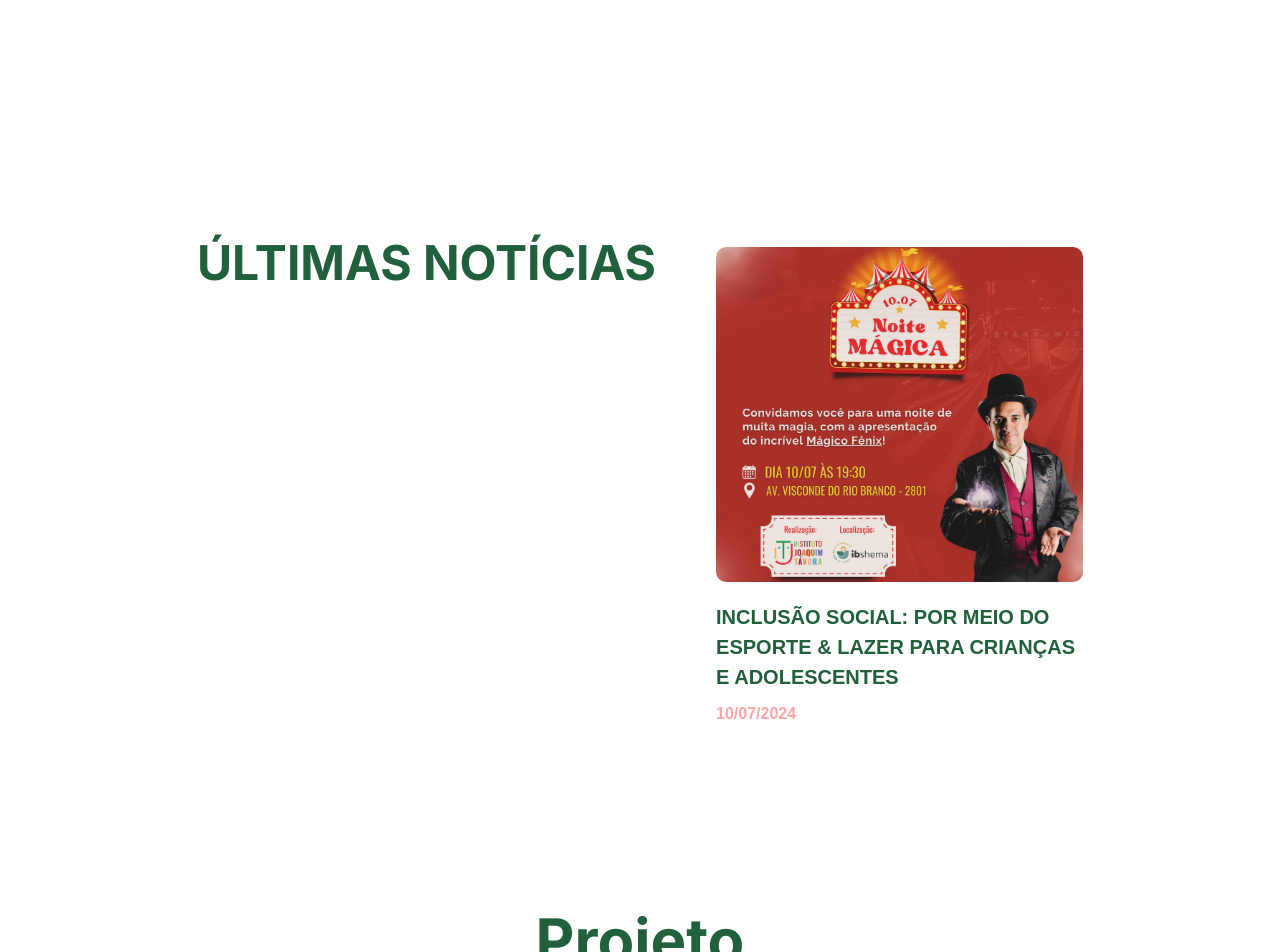
Repository: MarcelloMello90/itj2
Page: index.html
The author's editor kept a copy of each file at every save. The page is drawn from the files as they stood at one save, then again after the next save.
The browser window is 1280 px wide. The pictures show the part of the page from y = 713 to 1665 px (the page is 5397 px tall).

Above is the page before, as saved 2024-07-21 20:08:48.

### index.html
<!DOCTYPE html>
<html lang="pt-br">
<head>
  <link rel="preconnect" href="https://fonts.googleapis.com">
  <link rel="preconnect" href="https://fonts.gstatic.com" crossorigin>

  <meta charset="UTF-8">
  <meta name="viewport" content="width=device-width, initial-scale=1.0">

  <!-- <link rel="icon" type="image/svg+xml" href="/vite.svg" /> -->

  <!-- Favicon -->
  <link rel="apple-touch-icon" sizes="180x180" href="assets/favicon_packageapple-touch-icon.png">
  <link rel="icon" type="image/png" sizes="32x32" href="assets/favicon_package/favicon-32x32.png">
  <link rel="icon" type="image/png" sizes="16x16" href="assets/favicon_packagefavicon-16x16.png">
  <link rel="manifest" href="assets/favicon_package/site.webmanifest">
  <link rel="mask-icon" href="assets/favicon_package/safari-pinned-tab.svg" color="#5bbad5">
  <meta name="msapplication-TileColor" content="#da532c">
  <meta name="theme-color" content="#ffffff">
  <title>Instituto Joaquim Távora</title>

  <link href="https://fonts.googleapis.com/css2?family=Barlow:ital,wght@0,100;0,200;0,300;0,400;0,500;0,600;0,700;0,800;0,900;1,100;1,200;1,300;1,400;1,500;1,600;1,700;1,800;1,900&family=Inter:wght@100..900&family=Poppins:ital,wght@0,100;0,200;0,300;0,400;0,500;0,600;0,700;0,800;0,900;1,100;1,200;1,300;1,400;1,500;1,600;1,700;1,800;1,900&family=Roboto:ital,wght@0,100;0,300;0,400;0,500;0,700;0,900;1,100;1,300;1,400;1,500;1,700;1,900&family=Space+Grotesk:wght@300..700&display=swap" rel="stylesheet">


  <link rel="stylesheet" href="style.css">
</head>
<body>
  <div id="app">
    <div id="wrapper_app">
      <header>
        <div class="header_logo">
          <img src="./assets/logo/logo03peq.png" alt="imagem da logo do Instituto Joaquim Távora">
        </div>

        <div class="wrapper_nav">
          <nav>
            <ul>
              <li><a href="http://#" target="_blank">Início</a></li>
              <li><a href="http://#" target="_blank">Sobre nós</a></li>
              <li><a href="http://#" target="_blank">Parceiros</a></li>
              <li><a href="http://#" target="_blank">Notícias</a></li>
              <li><a href="http://#" target="_blank">Contato</a></li>
            </ul>
          </nav>
        </div>
      </header>

      <div class="carousel">
        <video
          class="elementor-background-video"
          autoplay=""
          muted=""
          playsinline=""
          loop=""
          src="/assets/video/Snapinsta.app_video_6F487980DB1930866F1B164CEB50C191_video_dashinit.mp4"
          >
        </video>

        <div id="items-wrapper-carousel">
          <div id="items">
            <div class="item"><img src="./assets/img_carousel/img1.jpg"/></div>
            <div class="item"><img src="./assets/img_carousel/img2.jpg"/></div>
            <!-- <div class="item"><img src="https://unsplash.it/1600/400?image=990"/></div>
            <div class="item"><img src="https://unsplash.it/1600/400?image=980"/></div>
            <div class="item"><img src="https://unsplash.it/1600/400?image=970"/></div>
            <div class="item"><img src="https://unsplash.it/1600/400?image=976"/></div>
            <div class="item"><img src="https://unsplash.it/1600/400?image=993"/></div>
            <div class="item"><img src="https://unsplash.it/1600/400?image=969"/></div> -->
          </div>
        </div>
      </div>

      <main>
        <section id="section1">
          <div class="wrapper_section1">
            <h1>Últimas Notícias</h1>

            <div class="wrapper_items">
              <div class="item_img">
                <img src="./assets/img_carousel/img3.jpg" alt="">
              </div>

              <div class="item_text">
                <p>Inclusão Social: por meio do esporte & lazer para crianças e adolescentes</p>
                <span>10/07/2024</span>
              </div>
            </div>


          </div>
        </section>

        <section id="section3">
          <div class="wrapper_section3">
           <h1>Projeto</h1>

           <div class="wrapper_items3">
            <div class="wrapper_project">
              <div class="project_img">
                <img src="./assets/img_carousel/img2.jpg" alt="">
              </div>

              <div class="project_text">
                <h3>Fustsal</h3>
                <span>
                  Fomos reconhecidos e contemplados através da Ministerio do Esporte, do
                   Governo Federal, com a aprovação do nosso projeto IJT VIVA ESPORTE,
                   visando assistir 80 crianças da comunidade Joaquim Távora e bairros
                   adjacentes. Com estrutura completa desde de uniformes, calçados,
                   alimentações, equipamentos esportivos e equipe de profissionais.
                </span>
              </div>
            </div>

            <div class="wrapper_project">
              <div class="project_text">
                <h3>Fustsal</h3>
                <span>
                  Fomos reconhecidos e contemplados através da Ministerio do Esporte, do
                   Governo Federal, com a aprovação do nosso projeto IJT VIVA ESPORTE,
                   visando assistir 80 crianças da comunidade Joaquim Távora e bairros
                   adjacentes. Com estrutura completa desde de uniformes, calçados,
                   alimentações, equipamentos esportivos e equipe de profissionais.
                </span>
              </div>

              <div class="project_img">
                <img src="./assets/img_carousel/img1.jpg" alt="">
              </div>
            </div>

            <div class="wrapper_project">
              <div class="project_img">
                <img src="./assets/img_carousel/img2.jpg" alt="">
              </div>

              <div class="project_text">
                <h3>Fustsal</h3>
                <span>
                  Fomos reconhecidos e contemplados através da Ministerio do Esporte, do
                   Governo Federal, com a aprovação do nosso projeto IJT VIVA ESPORTE,
                   visando assistir 80 crianças da comunidade Joaquim Távora e bairros
                   adjacentes. Com estrutura completa desde de uniformes, calçados,
                   alimentações, equipamentos esportivos e equipe de profissionais.
                </span>
              </div>
            </div>
          </div>

        </section>

        <section id="section4">
          <div class="wrapper_section4">
            <h1>Parceiros</h1>

            <div class="wrapper_parceiros_logo">
              <div class="item_img_logo">
                <a href="https://www.instagram.com/fatimatortasebolos/" target="_blank"><img src="./assets/parceiros/parceiro_fatimaBolo.jpg" alt=" Logo parceiro fatima bolos"></a>
              </div>

              <div class="item_img_logo">
                <a href="https://www.instagram.com/servicospratrimoniaismoura/" target="_blank">
                  <img src="./assets/parceiros/parceiro_servico_patrionais_moura.jpg"
                  alt=" Logo parceiro fatima bolos">
                </a>
              </div>
            </div>

            <div class="wrapper_form_parceiro">

            </div>
          </div>
        </section>

        <section id="section5">
          <div class="wrapper_section5">
            <h1>Contato</h1>

            <form id="form" action="https://formsubmit.co/contato@institutojoaquimtavora.org" method="POST">
              <div class="wrap-input-mobile">
                <label for="nome"></label>
                <input type="text" id="nome" name="nome" placeholder="Nome" required>

                <label for="email"></label>
                <input type="email" id="email" name="email" placeholder="email"  required>

              </div>

              <label for="area_interesse"></label>
              <input type="text" id="area_interesse" name="area_interesse"  placeholder="Assunto"  required>


              <textarea id="mensagem" name="mensagem" placeholder="Nos fale sua dúvida, sugestão, parceria."></textarea>

              <button class="btn_form"  type="submit">Enviar</button>
            </form>


          </div>
        </section>
      </main>
      <footer>
        <div class="wrapper_footer">
          <div class="box-logo">
            <img
              src="./assets/logo/logo04med.png"
              alt="logo Instituto Joaquim Távora">
          </div>

          <div class="box-contact">
            <span>
              R. Henrique Rabêlo, 1321 - Joaquim Távora, Fortaleza - CE, 60110-540
            </span>

            <span>
              <a href="tel:+5585985350707"> (85) 98535-0707</a>
            </span>

            <span>
              <a href="mailto:contato@institutojoaquimtavora.com.br">contato@institutojoaquimtavora.org</a>
            </span>
          </div>

        </div>
      </footer>
      <div class="footer-ano">
        <span>2024 - Todos os direito reservados | <a href="https://github.com/MarcelloMello90">Criado por Marcelo Melo</a></span>
      </div>
    </div>
  </div>
  <script src="./script.js"></script>
</body>
</html>

### style.css
* {
  margin: 0;
  padding: 0;
  box-sizing: border-box;
  outline: none;

  -webkit-font-smoothing: antialiased;
  -moz-osx-font-smoothing: grayscale;
}

:root{
  font-size: 62.5%;
  --ff-01: "Inter", sans-serif;
  --ff-02: 'Barlow Condensed', sans-serif;
  --ff-03: 'Space Grotesk', sans-serif;
  --ff-04: "Poppins", sans-serif;
  --ff-05: "Roboto", sans-serif;

  --bg01: #20603C;
  --bg02: #00b0f0; /*bg header*/
  --bg03: #00A651; /*bg card-assistencia social*/
  --bg04: #ED1C24; /*bg card-esporte*/
  --bg05: #003399; /*bg card-inclusao digital*/
  --bg06: #6666CC; /*bg card-educaçao*/
  --bg07: #9A1B56; /*bg card-empregabilidade*/
  --bg08: #F4EDE5; /*bg footer*/
  --bg09: #FFDE59; /*bordar box-01 (balao 50 crianças)*/
  --bg10: #6ED8FF; /*bordar box-02 (balao 150 crianças)*/
  --bg11: #FEA5A9; /*bordar box-03 (balao 100 crianças)*/
  --bg12: #000;
  --bg13: #ffffff;
  --bg14: #E6B12E; /* btn*/

  --text01: #00AEEF; /* box logo inicial, text header, h1*/
  --text02: #636363;/*text p*/
  --text03: #666460;/*text p footer*/
}


body{
  font-size: 1.6rem;
  font-family: var(--ff-01);
}

a, button {
  text-decoration: none;
  font-family: var(--ff-01);
  background: transparent;
}

#app{
  width: 100%;
  height: 100vh;
}
#wrapper_app{
  width: 100%;
  height: 100vh;

  display: grid;
  grid-template-areas:
    "header"
    "carousel"
    "main"
    "footer"
  ;

  grid-template-rows: clamp(60px, 16vw + 1rem, 100px) 700px auto auto;
  grid-template-columns: auto;
}

header{
  grid-area: header;

  display: flex;
  align-items: center;
  justify-content: space-between;

  padding: 0 40px;
}

header img{
  width: 132px;
  height: 66px;
}

header .wrapper_nav nav ul{
  text-decoration: none;
  display: flex;
  gap: 20px;
}

header .wrapper_nav nav ul li{
  display: flex;
  text-decoration: none;
}

header .wrapper_nav nav ul li a{
  display: flex;
  text-decoration: none;

  color: var(--bg01);
  font-family: Inter;
  font-size: 16px;
  font-style: normal;
  font-weight: 700;
  line-height: 24px;
  text-transform: uppercase;
}

header .wrapper_nav nav ul li a:hover{
  color: var(--bg14);
}


/* carousel */

.carousel{
  grid-area: carousel;
  height: 100%;
  width: 100%;
}

/* elemento vídeo */
.elementor-background-video{
  width: 100%;
  height: 600px;
}

video{
  width: 100%;
  height: 100%;
  object-fit: cover;
}

/* carousel */
#items-wrapper-carousel{
  width: 100%;
  display: none;
}

#items{
  display: flex;

  overflow-x: hidden;
  /*propriedade que exibe 100% uma imagem que esta sendo exibida mais de 50% da tela*/
  scroll-snap-type: x mandatory;
  -webkit-overflow-scrolling: touch;

  /*deixa o comportamento suave ao passar o elemento  */
  scroll-behavior: smooth;
}

.item{
  /* anula a propriedade do display flex */
  flex: none;

  width: 100%;
  height: 700px;

  /* propriedade que inicia a propriedade scroll-snap-type. Essa propriedade exibe 100% uma imagem que esta sendo exibida mais de 50% da tela */
  scroll-snap-align: start;

  /* tira o evento do cursor sobre o elemento. Assim posso fazer o scroll utilizando a roda do mouse quando o ponteiro estiver em cima do elemento*/
  pointer-events: none;

  /* Adiciona a transição suave */
  transition: transform 3s ease-in-out;

}


img{
  width: 100%;
  height: 99%;

  /* imagem se adapta a 100% do tamanho da caixa */
  object-fit: cover;
}
/* fim carousel */


main{
  grid-area: main;

  display: grid;
  place-items: center;
  grid-template-areas:
    "section1"
    "section2"
    "section3"
    "section4"
    "section5"
  ;
  grid-template-columns: 1fr;
  grid-template-rows: auto auto auto auto;

  margin-top: 160px;

  gap: 100px;

}


/* section1 */
#section1{
  grid-area: section1;

  width: 100%;
  height: 100%;

  display: flex;
  flex-direction: column;
  justify-content: center;
  align-items: center;
  gap: 60px;

  color: var(--bg01);
  font-size: 32px;
  font-weight: 600;
  line-height: 32px;
  text-transform: uppercase;
}

.wrapper_section1{
  display: flex;
  gap: 60px;
}

.wrapper_items{
  display: flex;
  flex-direction: column;
  /* gap: 150px; */
}

.item_img{
  width: 367px;
  height: 335px;
}

.item_img img{
  width: 100%;
  height: 100%;

  border-radius: 10px;
  object-fit: cover;
  object-position: center center;
}

.item_text{
  width: 367px;
  margin-top: 20px;
}

.item_text p{
  color: var(--bg01);
  font-family: "Liberation Sans";
  font-size: 20px;
  font-style: normal;
  font-weight: 700;
  line-height: 30px;
  text-transform: uppercase;
}

.item_text span{
  color: var(--bg11);
  font-family: "Liberation Sans";
  font-size: 16px;
  font-style: normal;
  font-weight: 700;
  line-height: 20px;
  text-transform: uppercase;
}

#btn_section1{
  display: flex;

  justify-content: center;
  align-items: center;
  flex-shrink: 0;

  border-radius: 10px;
  border: 2px solid var(--bg14);
}

#btn_section1 a{
  background-color: none;
  padding: 18px;


  color: var(--bg01);
  text-align: center;
  font-family: Inter;
  font-size: 14px;
  font-style: normal;
  font-weight: 700;
  line-height: 16px;
}
/* fim section 1 */



/* section2 */
#section2{
  grid-area: section2;

  background: var(--bg01);
  width: 100%;
  height: 800px;
  display: flex;
  justify-content: center;
}

.wrapper_section2{
  width: 1000px;
  height: 100%;

  display: flex;
  flex-direction: column;
  justify-content: center;
  align-items: center;
  gap: 60px;


  color: var(--bg13);
  font-size: 40px;
  font-weight: 600;
  line-height: 32px;
}

#section2 p{
  color: var(--bg13);
  font-family: Inter;
  font-size: 18px;
  font-style: normal;
  font-weight: 400;
  line-height: 40px;
}
/* fim section2 */


/* section3 */
#section3{
  grid-area: section3;

  width: 100%;
  height: 100%;
  display: flex;
  justify-content: center;
}

.wrapper_section3{
  width: 1000px;
  height: 100%;

  display: flex;
  flex-direction: column;
  justify-content: center;
  align-items: center;
  gap: 100px;


  color: var(--bg01);
  font-size: 40px;
  font-weight: 600;
  line-height: 32px;
}

.wrapper_items3{
  display: flex;
  flex-direction: column;
  gap: 150px;
}

.wrapper_project{
  display: flex;
  justify-content: center;
  align-items: center;
  gap: 60px;
}

.project_img {
  width: 400px;
  height: 420px
}

.project_img img{
  width: 100%;
  height: 100%;

  border-radius: 10px;
  object-fit: cover;
  object-position: center center;
}

.project_text{
  width: 500px;
  display: flex;
  flex-direction: column;
  align-items: center;
  gap: 30px;
}

.project_text span{
  color: var(--bg01);
  font-family: var(--ff-01);
  font-size: 16px;
  font-weight: 500;
  line-height: 32px;
  text-transform: uppercase;
}
/* fim section3 */

/* section4 */
#section4{
  grid-area: section4;

  background: var(--bg01);

  width: 100%;
  height: 800px;
  display: flex;
  justify-content: center;
}

.wrapper_section4{
  width: 1000px;
  height: 100%;

  display: flex;
  flex-direction: column;
  justify-content: center;
  align-items: center;
  gap: 150px;


  color: var(--bg13);
  font-size: 40px;
  font-weight: 600;
  line-height: 32px;
}

.wrapper_parceiros_logo{
  width: 100%;
  display: flex;
  justify-content: space-around;
}

.item_img_logo{
  width: 220px;
  height: 200px;
}

.item_img_logo img{
  width: 100%;
  height: 100%;

  border-radius: 10px;
  object-fit: cover;
  object-position: center center;
}
/* fim section4 */

/* section45*/
#section5{
  grid-area: section5;

  width: 100%;
  height: 600px;
  display: flex;
  justify-content: center;
}

.wrapper_section5{
  width: 1000px;
  height: 100%;

  display: flex;
  flex-direction: column;
  justify-content: center;
  align-items: center;
  gap: 60px;


  color: var(--bg01);
  font-size: 40px;
  font-weight: 600;
  line-height: 32px;
}


/* form desktop */
#box-form{
  max-width: 100%;

  display: none;
  justify-content: center;
  align-items: center;
  justify-content: flex-end;
}

#form{
  max-width: 100rem;

  display: flex;
  flex-direction: row;
  padding: .5rem;
  gap: 1.5rem;
  flex-wrap: wrap;
  justify-content: flex-end;
}


#form label{
  color: var(--bg01);
  font-size: 1rem;
}

#form input {
  width: 100%;
  height: 4rem;

  padding: 1.5rem;
  border-radius: 1rem;
  border: 1px solid var(--bg01);
}

.wrap-input-mobile{
  display: flex;
  flex-direction: row;
  width: 100%;
  margin-top: 2rem;
}

.wrap-input-mobile input:nth-child(2){
  margin-right: 3rem;
}

#form textarea {
  width: 100%;
  height: 10rem;

  margin-top: 1rem;
  padding: 1.5rem;
  border-radius: 1rem;
  border: 1px solid var(--bg01);

  resize: none;
}

#form input::placeholder{
  color: rgb(182, 176, 176);
}

#form input, textarea::placeholder{
  color: rgb(151, 145, 145);
}
.btn_form{
  background-color: var(--bg01);
  width: 16rem;
  height: 5.5rem;
  color: var(--bg13);
  border: none;
  border-radius: 1rem;
  font-size: 2rem;
  font-weight: bold;
  margin-top: 2rem;
  margin-bottom: 5rem;
}

.btn_form:hover{
  background-color: #5fad81;
}
/* fim section5 */



footer{
  background: var(--bg01);
  grid-area: footer;

  color: var(--bg13);

  width: 100%;
  height: auto;
  display: flex;
  justify-content: center;
}

.wrapper_footer{
  display: flex;
  flex-direction: column;
  justify-content: center;
  align-items: center;

  padding: 50px 0;

  gap: 60px;
}

.box-logo{
  background: var(--bg13);
  padding: 16px;
  border-radius: 10px;
}

.box-contact{
  display: flex;
  flex-direction: column;
  align-items: center;
  gap: 20px;
}

.box-contact a{
  text-decoration: none;
  color: var(--bg13);
}

.box-contact span a:hover{
  text-decoration: none;
  color: var(--bg14);
}

.footer-ano {
  width: 100%;

  display: flex;
  justify-content: center;

  padding: 10px;

  background-color: var(--bg01);
  border-top: 1px solid var(--bg08);

  color: var(--bg13);
  font-size: 1.4rem;
}

.footer-ano a{
  text-decoration: none;
  color: var(--bg13);
}


.footer-ano a:hover{
  text-decoration: none;
  color: var(--bg14);
}

### script.js
const items = document.querySelector("#items");
let currentIndex = 0;
const itemCount = items.children.length;
const scrollAmount = items.clientWidth;

function scrollToNext() {
  currentIndex = (currentIndex + 1) % itemCount;
  items.scrollTo({
    left: scrollAmount * currentIndex,
    behavior: 'smooth'
  });
}

// Define o intervalo para mudar a cada 3 segundos
setInterval(scrollToNext, 3000);

items.addEventListener("wheel", event => {
  clearInterval(autoScrollInterval);
  if(event.deltaY > 0) {
    items.scrollBy({left: scrollAmount, behavior: 'smooth'});
  } else {
    items.scrollBy({left: -scrollAmount, behavior: 'smooth'});
  }
  autoScrollInterval = setInterval(scrollToNext, 4000);
});

After the next save:
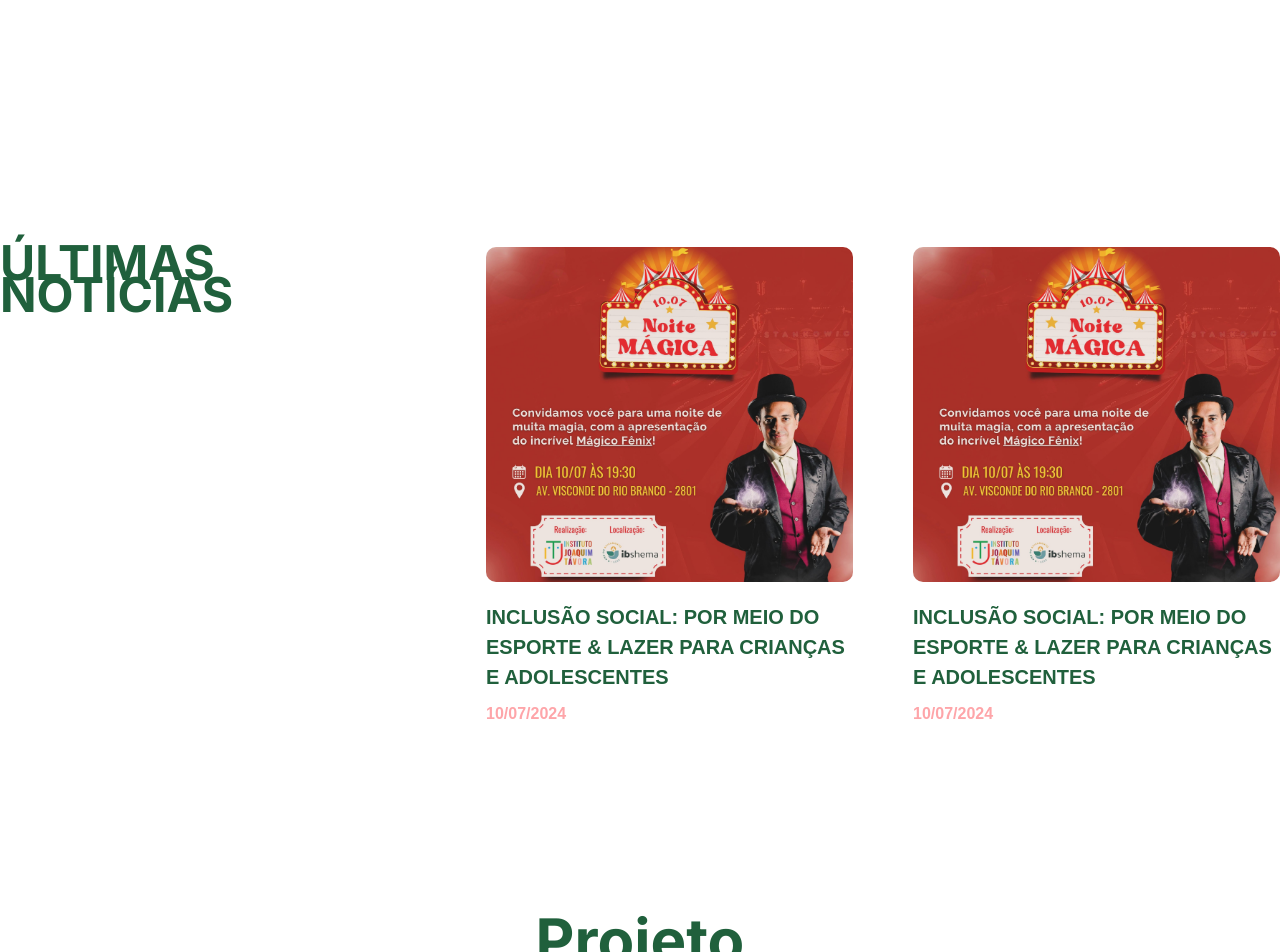
Saved 77 s later.
--- a/index.html
+++ b/index.html
@@ -86,7 +86,16 @@
               </div>
             </div>
 
-
+            <div class="wrapper_items">
+              <div class="item_img">
+                <img src="./assets/img_carousel/img3.jpg" alt="">
+              </div>
+
+              <div class="item_text">
+                <p>Inclusão Social: por meio do esporte & lazer para crianças e adolescentes</p>
+                <span>10/07/2024</span>
+              </div>
+            </div>
           </div>
         </section>
 
